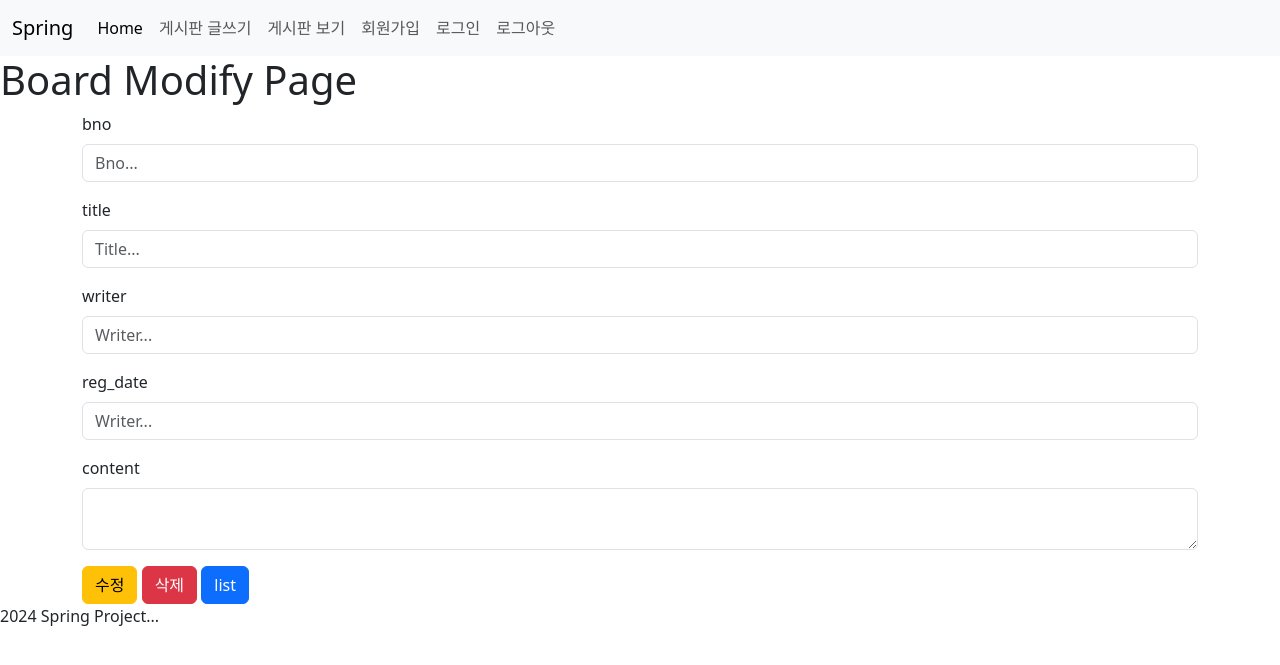
Repository: leechanggyu1118/Spring
Page: http://localhost/spring_study/WEB-INF/views/board/modify.jsp
These files come from the project's save history. The page is drawn as it stood at one moment and after the next save; the edit follows.
The browser window is 1280 px wide. The pictures show the whole page.
The page is served by Tomcat 9. Nobody is signed in. The template is opened directly, without the code that normally fills it, so the values that code supplies are empty.

Above is the page before, as saved 2024-04-24 06:00:00.

### spring_study/src/main/webapp/WEB-INF/views/board/modify.jsp
<%@ page language="java" contentType="text/html; charset=UTF-8"
    pageEncoding="UTF-8"%>
	<jsp:include page="../layout/header.jsp"></jsp:include>

	<h1>Board Modify Page</h1>
	<div class="container-md">
		<form action="/board/insert" method="post">

			<div class="mb-3">
				<label for="n" class="form-label">bno</label>
				<input type="text" class="form-control" name="bno" id="n" value="${bvo.bno }" readonly="readonly" placeholder="Bno...">
			</div>
			<div class="mb-3">
				<label for="t" class="form-label">title</label>
				<input type="text" class="form-control" name="title" id="t" value="${bvo.title }" placeholder="Title...">
			</div>

			<div class="mb-3">
				<label for="w" class="form-label">writer</label>
				<input type="text" class="form-control" name="writer" id="w" value="${bvo.writer }" readonly="readonly" placeholder="Writer...">
			</div>
			<div class="mb-3">
				<label for="r" class="form-label">reg_date</label>
				<input type="text" class="form-control" name="reg_date" id="r" value="${bvo.reg_date }" readonly="readonly" placeholder="Writer...">
			</div>

			<div class="mb-3">
				<label for="c" class="form-label">content</label>
				<textarea class="form-control" id="c" name="content" aria-label="With textarea" >${bvo.content }</textarea>
			</div>

			<a><button type="button" class="btn btn-warning">수정</button></a>
			<a><button type="button" class="btn btn-danger">삭제</button></a>
			<a><button type="button" class="btn btn-primary">list</button></a>
		</form>
	</div>

		<jsp:include page="../layout/footer.jsp"></jsp:include>

### spring_study/src/main/webapp/WEB-INF/views/layout/header.jsp
<%@ page language="java" contentType="text/html; charset=UTF-8"
    pageEncoding="UTF-8"%>
<!DOCTYPE html>
<html>
<head>
<meta charset="UTF-8">
<title>header.jsp</title>
<link href="https://cdn.jsdelivr.net/npm/bootstrap@5.3.3/dist/css/bootstrap.min.css" rel="stylesheet" integrity="sha384-QWTKZyjpPEjISv5WaRU9OFeRpok6YctnYmDr5pNlyT2bRjXh0JMhjY6hW+ALEwIH" crossorigin="anonymous">
<script src="https://cdn.jsdelivr.net/npm/bootstrap@5.3.3/dist/js/bootstrap.bundle.min.js" integrity="sha384-YvpcrYf0tY3lHB60NNkmXc5s9fDVZLESaAA55NDzOxhy9GkcIdslK1eN7N6jIeHz" crossorigin="anonymous"></script>
</head>
<body>

<nav class="navbar navbar-expand-lg bg-body-tertiary">
  <div class="container-fluid">
    <a class="navbar-brand" href="#">Spring</a>
    <button class="navbar-toggler" type="button" data-bs-toggle="collapse" data-bs-target="#navbarSupportedContent" aria-controls="navbarSupportedContent" aria-expanded="false" aria-label="Toggle navigation">
      <span class="navbar-toggler-icon"></span>
    </button>
    <div class="collapse navbar-collapse" id="navbarSupportedContent">
      <ul class="navbar-nav me-auto mb-2 mb-lg-0">
        <li class="nav-item">
          <a class="nav-link active" aria-current="page" href="/">Home</a>
        </li>
        <li class="nav-item">
          <a class="nav-link" href="/board/register">게시판 글쓰기</a>
        </li>
        <li class="nav-item">
          <a class="nav-link" href="/board/list">게시판 보기</a>
        </li>
        <li class="nav-item">
          <a class="nav-link" href="#">회원가입</a>
        </li>
        <li class="nav-item">
          <a class="nav-link" href="#">로그인</a>
        </li>
        <li class="nav-item">
          <a class="nav-link" href="#">로그아웃</a>
        </li>

        </ul>
    </div>
  </div>
</nav>

### spring_study/src/main/webapp/WEB-INF/views/layout/footer.jsp
<%@ page language="java" contentType="text/html; charset=UTF-8"
    pageEncoding="UTF-8"%>
<div>
	2024 Spring Project...
</div>

</body>
</html>

After the next save:
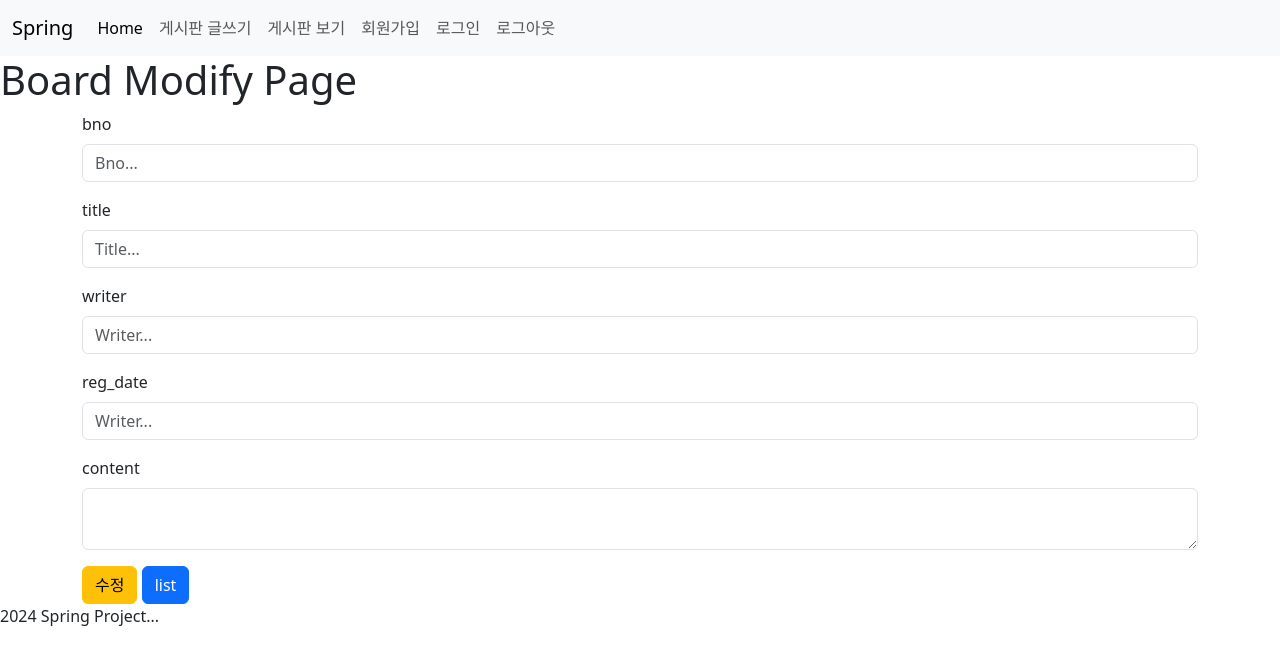
Saved 41 s later.
--- a/spring_study/src/main/webapp/WEB-INF/views/board/modify.jsp
+++ b/spring_study/src/main/webapp/WEB-INF/views/board/modify.jsp
@@ -30,7 +30,7 @@
 			</div>
 
 			<a><button type="button" class="btn btn-warning">수정</button></a>
-			<a><button type="button" class="btn btn-danger">삭제</button></a>
+
 			<a><button type="button" class="btn btn-primary">list</button></a>
 		</form>
 	</div>
